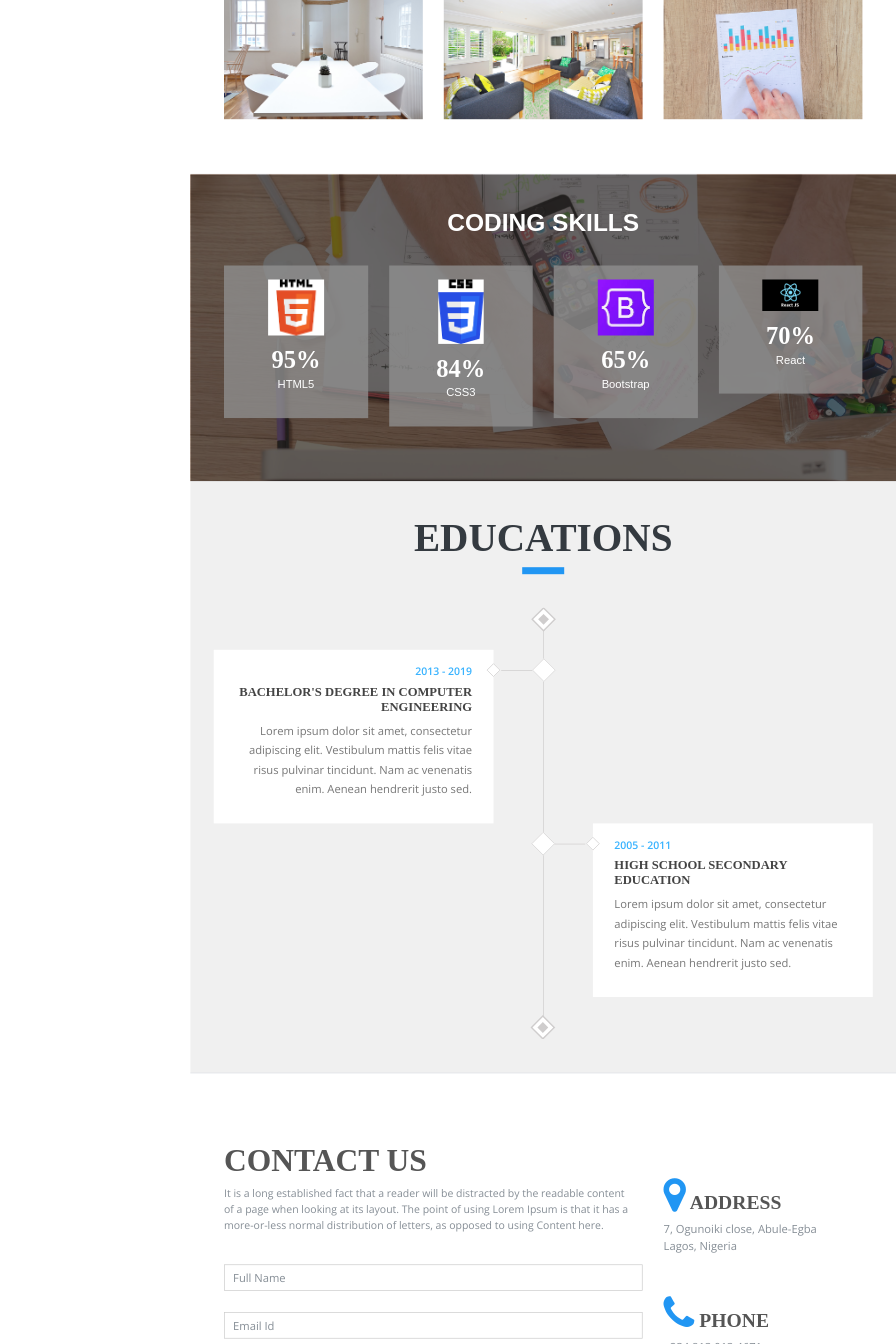
Repository: smit1298/portfolio
Page: index.html
An editor plug-in stored every save of this project. The page is shown before and after the next save, followed by the edit.
The browser window is 1280 px wide. The pictures show the part of the page from y = 1935 to 3855 px (the page is 4831 px tall before and 4828 px after), at 70% of full size.
Some web fonts or font styles are not loaded; a fallback is used.

Above is the page before, as saved 2021-06-28 18:27:26.

After the next save:
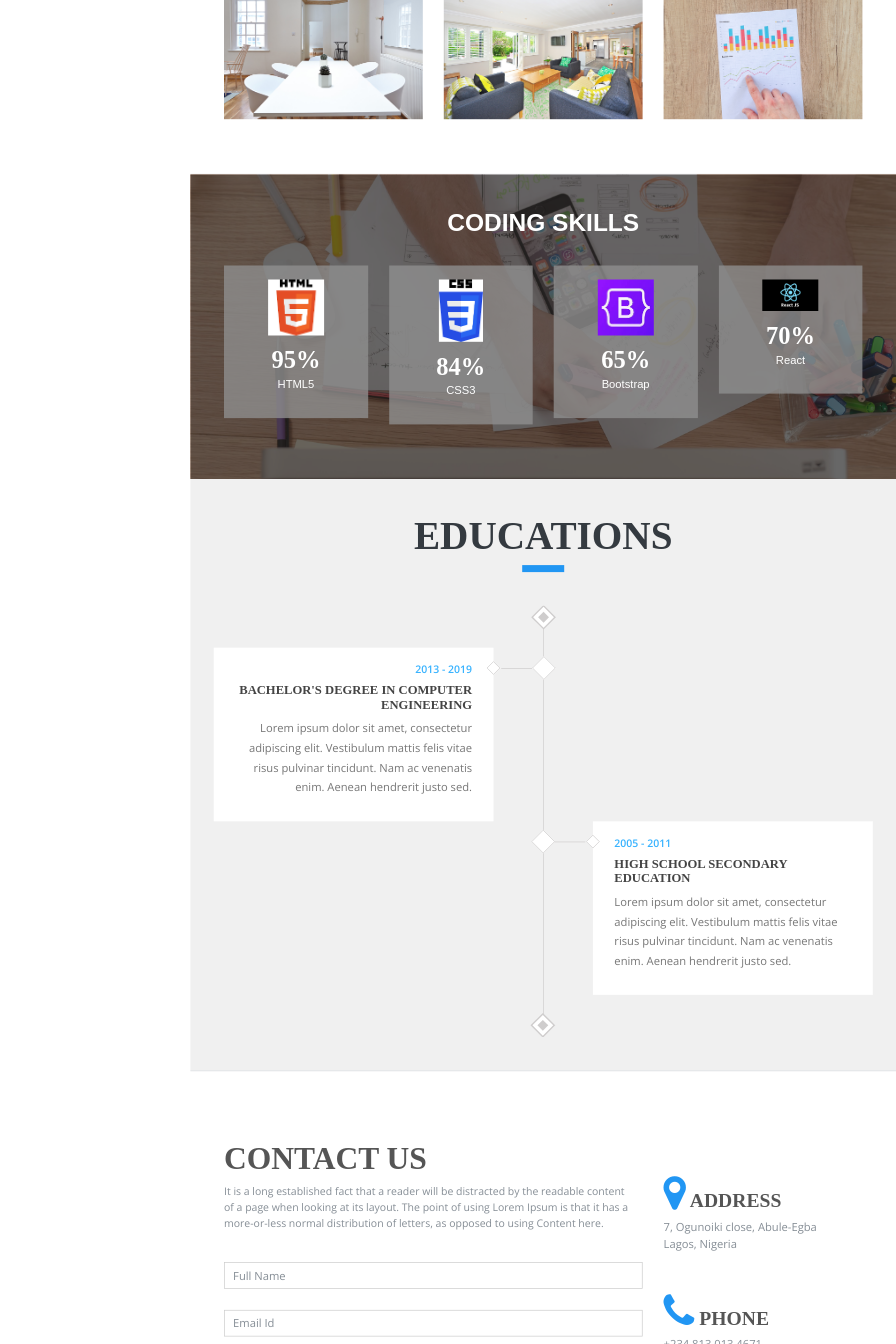
Saved 7 s later.
--- a/index.html
+++ b/index.html
@@ -353,7 +353,7 @@
             </div>
             <div class="col-md-3 col-sm-6">
               <div class="skill-item">
-                <img src="./img/skills/css.png" style="width: 65px; height: auto;" alt="css3" />
+                <img src="./img/skills/css.png" style="width: 63px; height: auto;" alt="css3" />
                 <h2><span class="counter"> 84 </span><span>%</span></h2>
                 <p>CSS3</p>
               </div>
